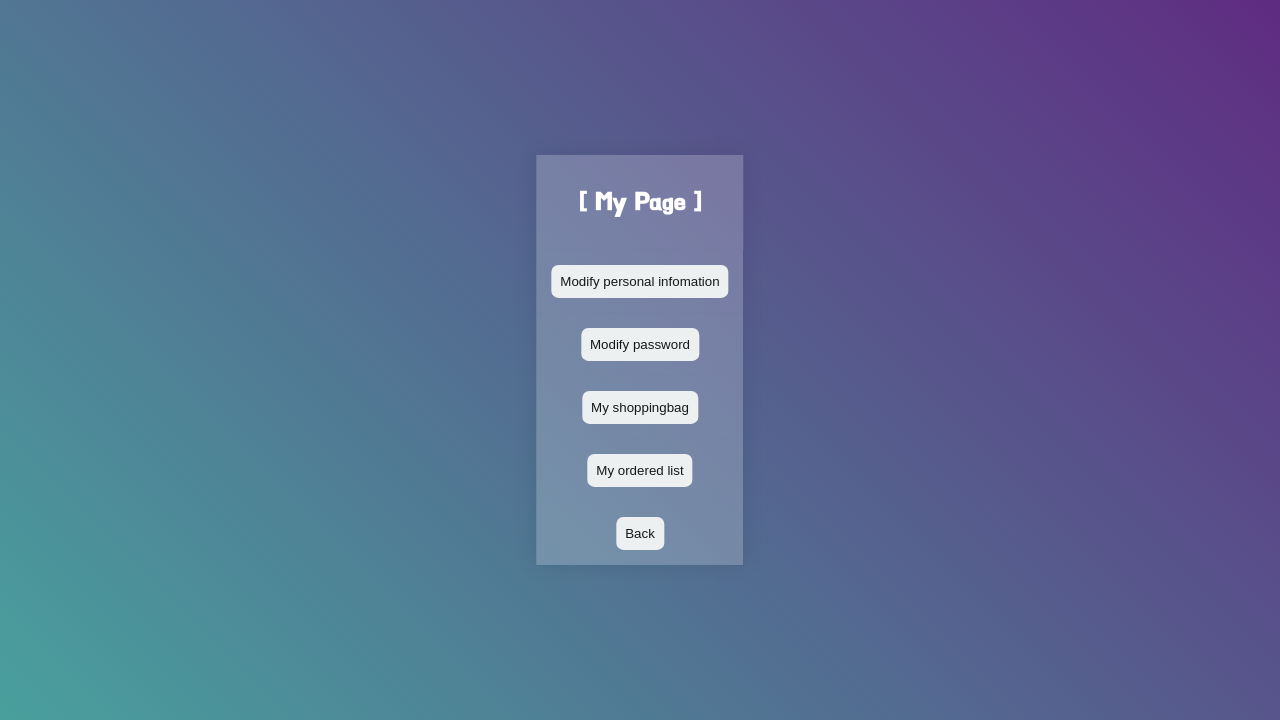
Repository: MIR013/KNU_DB_Project_Team5
Page: http://localhost/Databaase/my_page.html
The author's editor kept a copy of each file at every save. The page is drawn from the files as they stood at one save, then again after the next save.
The browser window is 1280 px wide. The pictures show the whole page.
The page is served by Tomcat 9. Nobody is signed in. The application's start-up code is not run.

Above is the page before, as saved 2018-11-22 12:26:10.

After the next save:
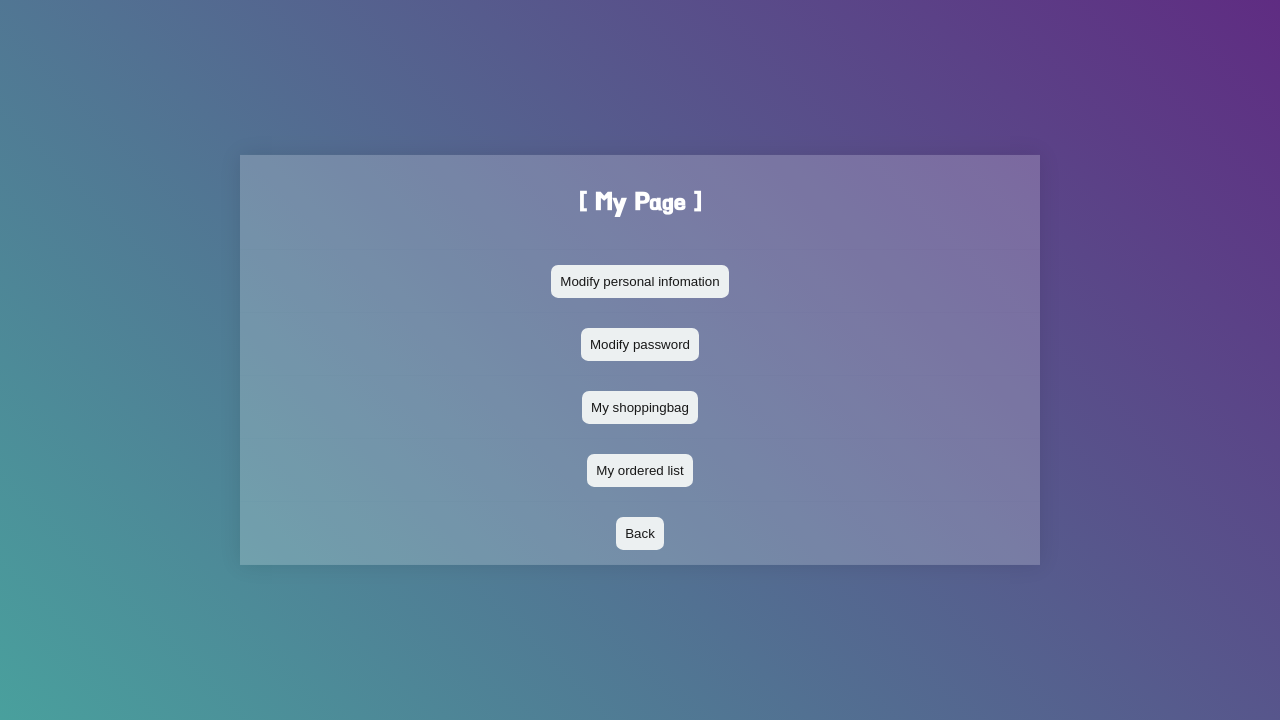
Saved 15 s later.
--- a/dbphase/Databaase/WebContent/mystyle.css
+++ b/dbphase/Databaase/WebContent/mystyle.css
@@ -55,7 +55,7 @@
 }
 
 table {
-	/*width: 800px;*/
+	width: 800px;
 	border-collapse: collapse;
 	overflow: auto;
 	box-shadow: 0 0 20px rgba(0,0,0,0.1);

After the save that followed:
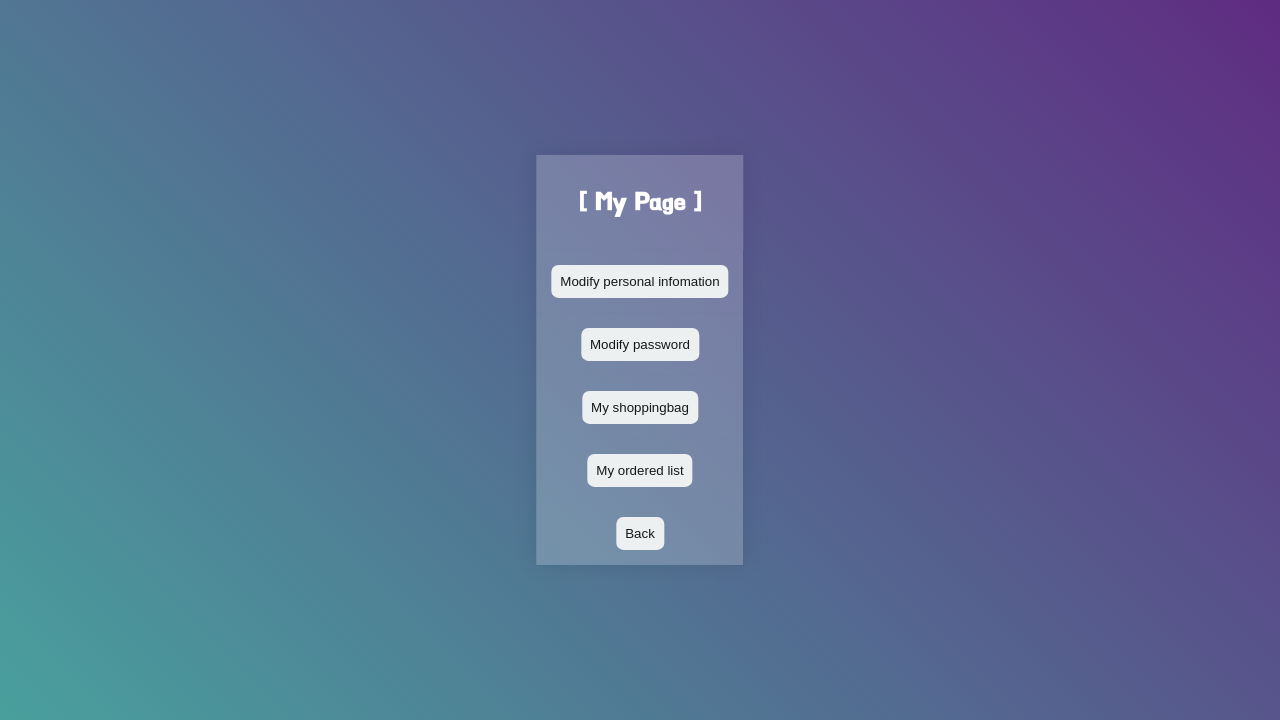
Saved 8 s later.
--- a/dbphase/Databaase/WebContent/mystyle.css
+++ b/dbphase/Databaase/WebContent/mystyle.css
@@ -55,7 +55,7 @@
 }
 
 table {
-	width: 800px;
+	/*width: 800px;*/
 	border-collapse: collapse;
 	overflow: auto;
 	box-shadow: 0 0 20px rgba(0,0,0,0.1);
